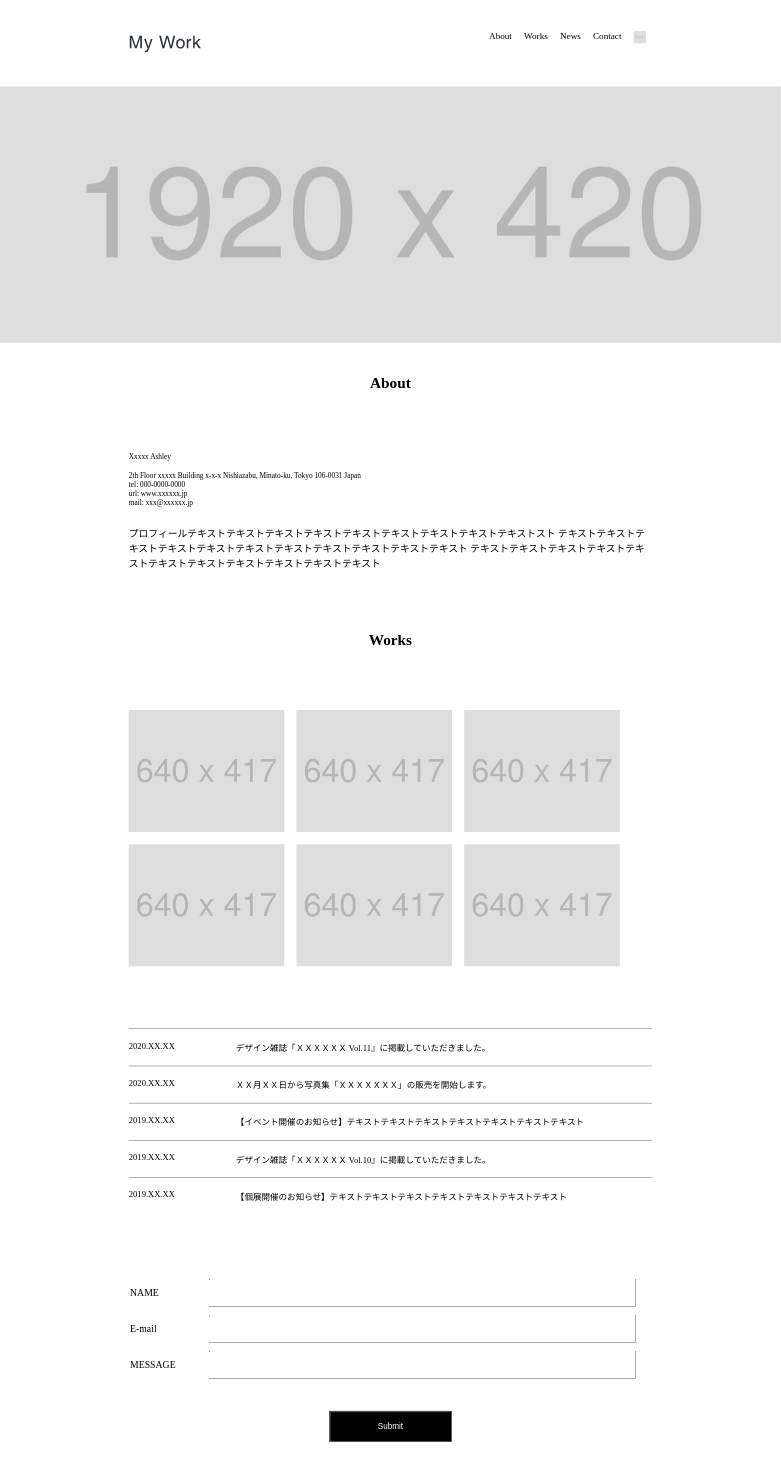
Repository: n19880405nick/challenge
Page: Codestep/My work/mywork.html
The author's editor kept a record of every edit. The page is drawn from the files as they stood at one moment, then again after the next edit.
The browser window is 1280 px wide. The pictures show the whole page, at 61% of full size.

Above is the page before.

### Codestep/My work/mywork.html
<!DOCTYPE html>
<html lang="ja">
  <head>
    <meta charset="UTF-8">
    <meta name="viewport" content="width=device-width, initial-scale=1.0">
    <title>My Work</title>
    <link rel="stylesheet" href="mywork.css">
    <link rel="shortcut icon" href="img/favicon.ico">
  </head>

  <body>
    <header>
      <a href=""><img class="logo" src="img/logo.svg"></a>
      <nav>
        <ul>
          <li><a href="#about">About</a></li>
          <li><a href="#works">Works</a></li>
          <li><a href="#news">News</a></li>
          <li><a href="#contact">Contact</a></li>
          <li><a href="https://www.instagram.com">
            <img class="icon" src="img/icon-instagram.png">
          </a></li>
        </ul>
      </nav>
    </header>

    <main>
      <div class="main-visual"></div>

      <div id="about">
        <span class="title">About</span>
        <span class="profile">
          Xxxxx Ashley<br>
          <br>
          2th Floor xxxxx Building x-x-x Nishiazabu, Minato-ku, Tokyo 106-0031 Japan<br>
          tel: 000-0000-0000<br>
          url: www.xxxxxx.jp<br>
          mail: xxx@xxxxxx.jp
        </span>
        <span class="text">
          プロフィールテキストテキストテキストテキストテキストテキストテキストテキストテキストスト
          テキストテキストテキストテキストテキストテキストテキストテキストテキストテキストテキスト
          テキストテキストテキストテキストテキストテキストテキストテキストテキストテキストテキスト
        </span>
      </div>

      <div id="works">
        <span class="title">Works</span>
        <div class="works-images">
          <div class="works-image"></div>
          <div class="works-image"></div>
          <div class="works-image"></div>
          <div class="works-image"></div>
          <div class="works-image"></div>
          <div class="works-image"></div>
        </div>
      </div>

      <div id="news">
        <div class="article">
          <span class="article-date">2020.XX.XX</span>
          <span class="article-title">デザイン雑誌「ＸＸＸＸＸＸ Vol.11』に掲載していただきました。</span>
        </div>
        <div class="article">
          <span class="article-date">2020.XX.XX</span>
          <span class="article-title">ＸＸ月ＸＸ日から写真集「ＸＸＸＸＸＸＸ」の販売を開始します。</span>
        </div>
        <div class="article">
          <span class="article-date">2019.XX.XX</span>
          <span class="article-title">【イベント開催のお知らせ】テキストテキストテキストテキストテキストテキストテキスト</span>
        </div>
        <div class="article">
          <span class="article-date">2019.XX.XX</span>
          <span class="article-title">デザイン雑誌「ＸＸＸＸＸＸ Vol.10』に掲載していただきました。</span>
        </div>
        <div class="article">
          <span class="article-date">2019.XX.XX</span>
          <span class="article-title">【個展開催のお知らせ】テキストテキストテキストテキストテキストテキストテキスト</span>
        </div>
      </div>

      <div id="contact">
        <table class="contact-table">
          <tbody>
            <tr>
              <td>NAME</td>
              <td>
                <input type="text" class="contact-name">
              </td>
            </tr>
            <tr>
              <td>E-mail</td>
              <td>
                <input type="email" class="contact-email">
              </td>
            </tr>
            <tr>
              <td>MESSAGE</td>
              <td>
                <input type="text" class="contact-message">
              </td>
            </tr>
          </tbody>
        </table>
        <div class="submit">
          <input type="submit" class="contact-submit" >
        </div>
      </div>

    </main>
  </body>
</html>

### Codestep/My work/mywork.css
*{
  margin: 0;
  padding: 0;
  box-sizing: border-box;
}

header, #about, #works, #news, #contact{
  margin: 0 auto;
  width: 960px;
  padding: 4%;
}

header{
  display: flex;
}

nav{
  margin-left: auto;
}

ul{
  display: flex;
  list-style: none;
}

li{
  margin: 0 10px;
  font-size: 15px;
}

a{
  color: black;
  text-decoration: none;
}

.icon{
  width: 20px;
  height: 20px;
}

.main-visual{
  width: 100%;
  height: 420px;
  background-image: url("img/mainvisual-pc.jpg");
  background-size: cover;
  background-position: center;
}

#about, #works, #news, #contact{
  display: flex;
  flex-direction: column;
}

.title{
  margin-bottom: 50px;
  font-size: 25px;
  font-weight: bold;
  text-align: center;
}

.profile{
  font-size: 12px;
  margin: 50px 0 30px;
}

.works-images{
  margin-top: 50px;
  display: flex;
  flex-wrap: wrap;
}

.works-image{
  width: 255px;
  height: 200px;
  background-size: cover;
  background-position: center;
}

.works-image:nth-child(1){
  background-image: url("img/works1.jpg");
}

.works-image:nth-child(2){
  margin: 0 20px;
  background-image: url("img/works2.jpg");
}

.works-image:nth-child(3){
  background-image: url("img/works3.jpg");
}

.works-image:nth-child(4){
  margin-top: 20px;
  background-image: url("img/works4.jpg");
}

.works-image:nth-child(5){
  margin: 20px 20px 0;
  background-image: url("img/works5.jpg");
}

.works-image:nth-child(6){
  margin-top: 20px;
  background-image: url("img/works6.jpg");
}

.article{
  border-top: solid 1px gray;
  padding: 20px 0;
  width: 100%;
  font-size: 14px;
  display: flex;
}

.article:nth-child(6){
  border-bottom: solid 1px gray;
}

.article-title{
  margin-left: 100px;
}

.contact-name, .contact-email, .contact-message{
  width: 700px;
  margin-left: 50px;
  padding: 10px;
  font-size: 20px;
}

.contact-email{
  margin-top: 10px;
  margin-bottom: 10px;
}

input:focus, .contact-message{
  outline-width: 0;
}

.submit{
  margin-top: 50px;
  text-align: center;
}

.contact-submit{
  width: 200px;
  height: 50px;
  background-color: black;
  color: white;
}

.contact-submit:hover{
  background-color: white;
  color: black;
  border: solid 1px black;
}

footer{
  width: 100%;
  background-color: black;
  color: white;
  display: flex;
  justify-content: center;
  align-items: center;
}

.copyrights{
  margin: 20px;
  font-size: 12px;
}

@media screen and (max-width: 600px){
  header, #about, #works, #news, #contact{
    margin: 0 auto;
    width: 100%;
    padding: 4%;
  }

  header{
    flex-direction: column;
    align-items: center;
  }

  nav{
    margin-left: 0;
  }

  .main-visual{
    background-image: url("img/mainvisual-sp.jpg");
  }

  .works-images{
    margin-top: 20px;
    flex-direction: column;
    align-items: center;
  }

  .works-image{
    width: 90%;
    height: 400px;
    margin: 20px auto !important;
  }

  .article{
    flex-direction: column;
  }
}

After the next edit:
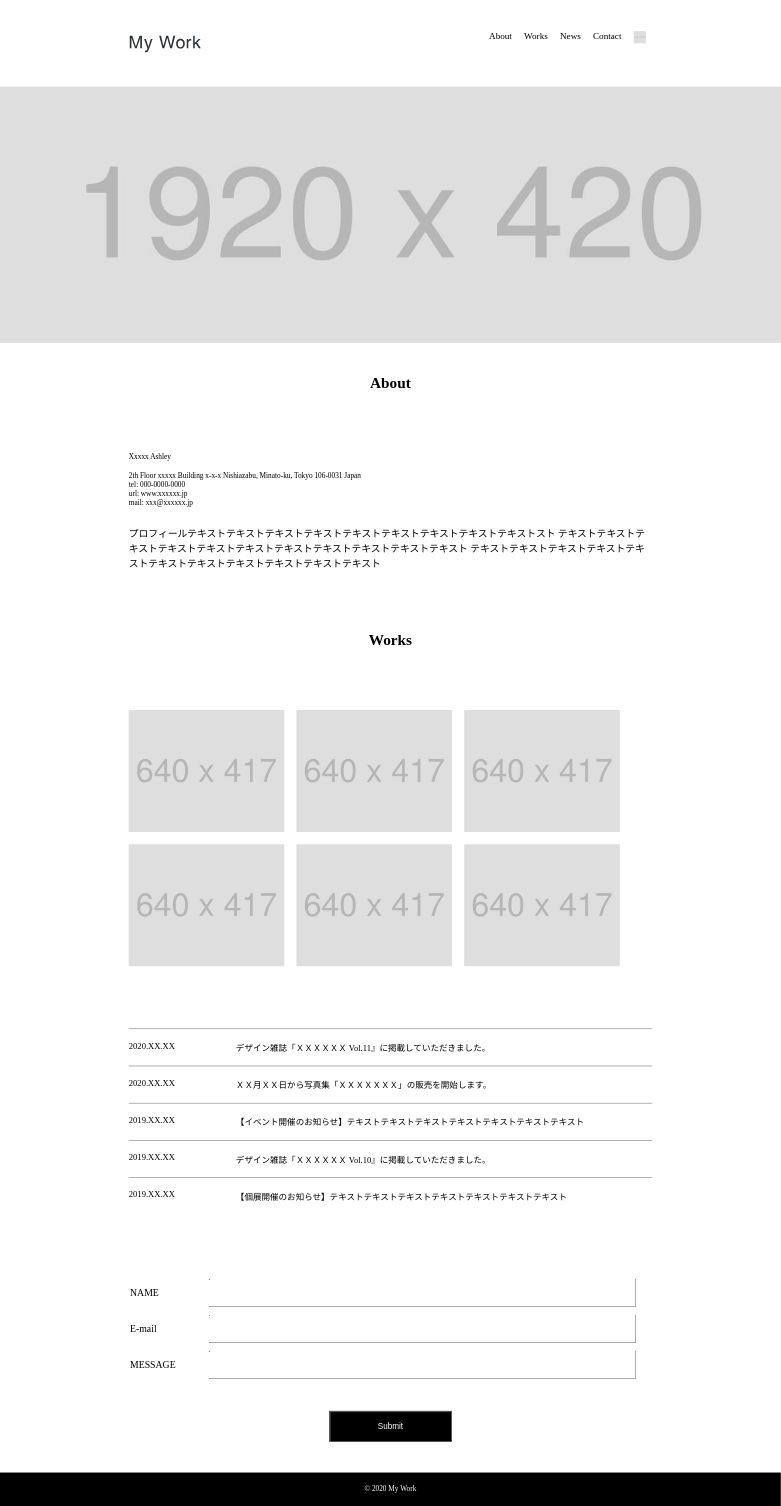
The edit:
--- a/Codestep/My work/mywork.html
+++ b/Codestep/My work/mywork.html
@@ -108,5 +108,8 @@
       </div>
 
     </main>
+    <footer>
+      <span class="copyrights">© 2020 My Work</span>
+    </footer>
   </body>
 </html>
